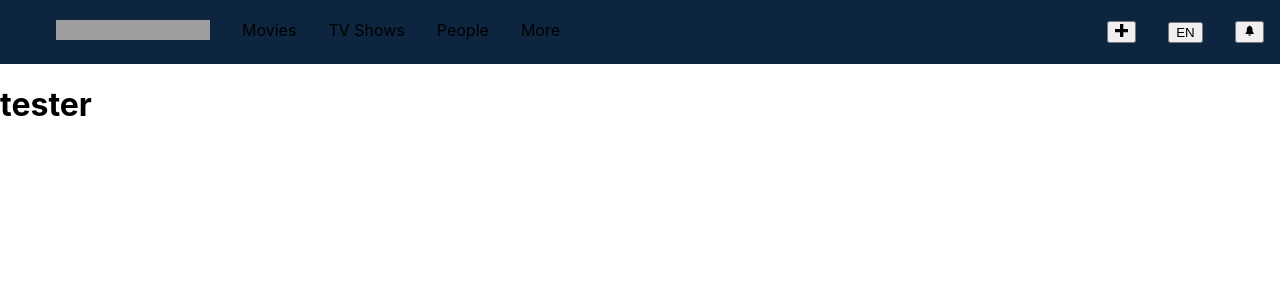
Repository: Fauzaanmhmd/qnpTesFrontend
Page: /
The author's editor kept a copy of each file at every save. The page is drawn from the files as they stood at one save, then again after the next save.
The browser window is 1280 px wide. The pictures show the whole page.
Pictures or frames that could not be fetched are drawn as grey boxes. The page's requests for data from a server got no answer. The project was rebuilt for these pictures with package versions that can differ from the ones it lists, and the page was loaded fresh each time. The framework's server and built-in components were replaced by stand-ins that run in the browser. No one was signed in, and anything a server would have sent is missing. Also part of the build but not shown: next.config.js, styles/Moviecard.module.scss, pages/components/Moviecard.tsx.

Above is the page before, as saved 2022-03-17 14:35:42.

### pages/index.tsx
import type { NextPage } from 'next'
import styles from '../styles/Home.module.scss'
import Section from './Section'
import { useEffect, useState } from 'react'
import axios from 'axios'
import MovieCard from './components/Moviecard'
import Youtube from 'react-youtube'
import { ReactNode } from 'react'
import Navbar from './components/Navbar'


const Home: NextPage = () => {

  const MOVIE_API = "https://api.themoviedb.org/3"
  const SEARCH_API = MOVIE_API + "search/movie"
  const BACKDROP_PATH = "https://image.tmdb.org/t/p/w1280"
  const API_KEY = "b3802c15c1569a1a0caa6bee01c6f23e"
  const DISCOVER_API = `${MOVIE_API}/discover/movie`

  const [movie, setMovie] = useState({ title: "Loading Movies" })
  const [trailer, setTrailer] = useState(null)
  const [playing, setPlaying] = useState(false)
  const [movies, setMovies] = useState([])
  const [searchKey, setSearchKey] = useState("")

  useEffect(() => {
    fetchMovies()
  }, [])

  const fetchMovies = async () => {

    const { data } = await axios.get(`${searchKey ? SEARCH_API : DISCOVER_API}`, {
      params: {
        api_key: API_KEY,
        query: searchKey
      }
    })

    console.log(data)
    setMovies(data.results)
  }

  const renderMovies = () => {
    return movies?.map((movie: any) => (
      <MovieCard
        key={movie.id}
        movie={movie}
      />
    ))
  }

  return (
    <div>
      <header>
        <Navbar />
      </header>
      <div>
        <h1>tester</h1>
        <div className={styles.container}>
          {renderMovies()}
        </div>
      </div>
    </div>
  )

}


export default Home

### styles/Home.module.scss
.container {
    display: flex;
    align-items: center;
    flex-wrap: nowrap;
    flex-direction: row;
    margin-top: 8px;
    margin-left: 2rem;
    max-width: 100%;
    overflow-x: auto;
}

### pages/components/Navbar.tsx
import styles from "../../styles/Navbar.module.scss"
import { ImPlus } from "react-icons/im";
import { IoIosNotifications } from "react-icons/io";

const Navbar = () => {
    return (
        <div className={styles.Navbar}>
            <div className={styles.MenuBar}>
                <ul className={styles.NavbarItem}>
                    <li><img src="https://www.themoviedb.org/assets/2/v4/logos/v2/blue_short-8e7b30f73a4020692ccca9c88bafe5dcb6f8a62a4c6bc55cd9ba82bb2cd95f6c.svg" /></li>
                    <li><a>Movies</a>
                        <div className={styles.Submenu}>
                            <ul>
                                <li>Popular</li>
                                <li>Now Playing</li>
                                <li>Upcoming</li>
                                <li>Top Rated</li>
                            </ul>
                        </div>
                    </li>
                    <li><a>TV Shows</a>
                        <div className={styles.Submenu}>
                            <ul>
                                <li>Popular</li>
                                <li>Now Playing</li>
                                <li>Upcoming</li>
                                <li>Top Rated</li>
                            </ul>
                        </div>
                    </li>
                    <li><a>People</a>
                        <div className={styles.Submenu}>
                            <ul>
                                <li>Popular</li>
                            </ul>
                        </div>
                    </li>
                    <li><a>More</a>
                        <div className={styles.Submenu}>
                            <ul>
                                <li>Discussion</li>
                                <li>Leaderbord</li>
                                <li>Support</li>
                                <li>API</li>
                            </ul>
                        </div>
                    </li>
                </ul>
            </div>
            <div className={styles.MenuBar}>
                <ul className={styles.NavbarIcon}>
                    <li><button><ImPlus /></button>
                        <div className={styles.Submenu}>
                            <ul>
                                <li>Add New Movie</li>
                                <li>Add New Movie</li>
                            </ul>
                        </div>
                    </li>
                    <li><button>EN</button>
                        <div className={styles.Submenu}>
                            <ul>
                                <li>Add New Movie</li>
                                <li>Add New Movie</li>
                            </ul>
                        </div>
                    </li>
                    <li><button><IoIosNotifications /></button>
                        <div className={styles.Submenu}>
                            <ul>
                                <li><p>Unread Notifications</p></li>
                            </ul>
                        </div>
                    </li>
                </ul>
            </div>
        </div>
    )
}

export default Navbar

### styles/Navbar.module.scss
@import "./utils/utils.scss";

.Navbar {
    display: flex;
    justify-content: space-between;
    background-color: $darkblue;
    width: 100%;
    height: 4rem;
    align-items: center;
}

.MenuBar {
    text-align: center;
}

.MenuBar ul {
    display: inline-flex;
    list-style: none;
}

.MenuBar ul li {
    padding: 1rem;
}

.NavbarItem {
    display: flex;

    img {
        width: 154px;
        height: 20px;
    }
}

.NavbarIcon {
    display: flex;
    justify-content: center;
}

.Submenu {
    display: none;
}

.MenuBar ul li:hover {
    background: $lightgreen;
    border-radius: 3px;
}

.MenuBar ul li:hover .Submenu {
    display: block;
    position: absolute;
    background-color: $white;
    margin-top: 10px;
    margin-left: -15px;
    width: 13rem;
    cursor: pointer;
}

.MenuBar li a {
    cursor: pointer;
    text-decoration: none;
}

.MenuBar ul li:hover .Submenu ul {
    display: block;
    margin: 10px;
}

.MenuBar ul li:hover .Submenu ul {
    padding: 5px;
    background: transparent;
    text-align: left;
}

### styles/utils/utils.scss
@import "./color.scss";

### styles/utils/color.scss
$lightgreen : #90cea1;
$white: #FFFFFF;
$lightblue: #01b4e4;
$darkblue: #0d253f;

Loaded but not shown: pages/_app.tsx (common file); styles/globals.scss (common file)

After the next save:
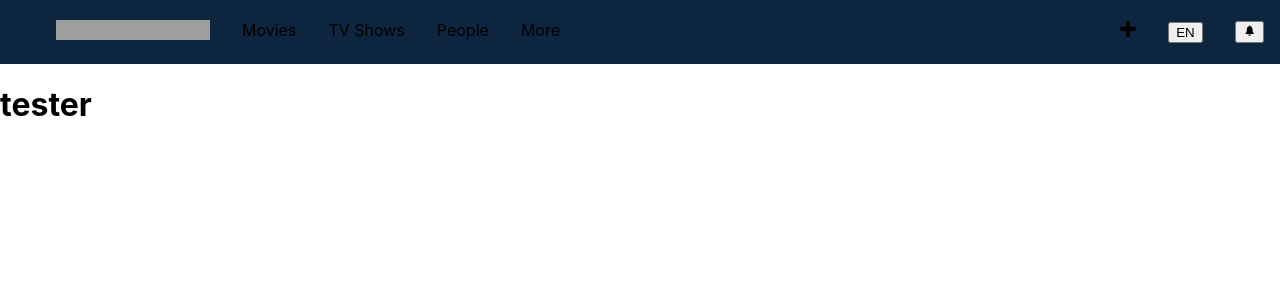
Saved 72 s later.
--- a/pages/components/Navbar.tsx
+++ b/pages/components/Navbar.tsx
@@ -49,7 +49,7 @@
             </div>
             <div className={styles.MenuBar}>
                 <ul className={styles.NavbarIcon}>
-                    <li><button><ImPlus /></button>
+                    <li><a><ImPlus /></a>
                         <div className={styles.Submenu}>
                             <ul>
                                 <li>Add New Movie</li>
